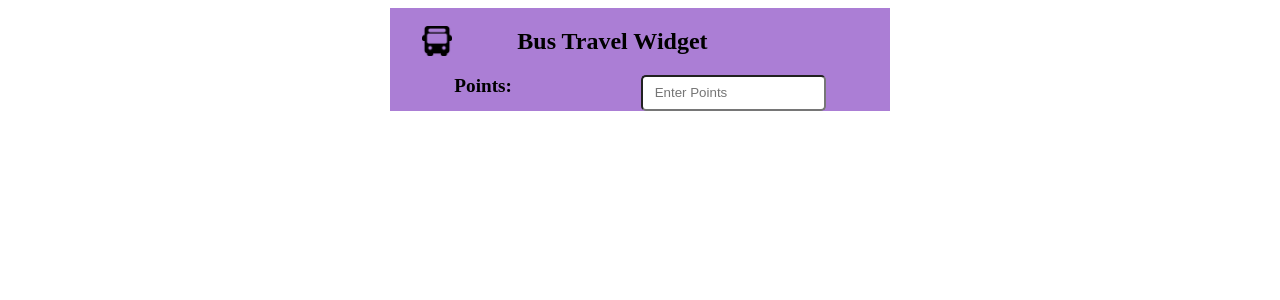
Repository: lasity34/bus_travel
Page: index.html
An editor plug-in stored every save of this project. The page is shown before and after the next save, followed by the edit.
The browser window is 1280 px wide. The pictures show the whole page.

Above is the page before, as saved 2023-05-31 09:50:23.

### index.html
<!DOCTYPE html>
<html lang="en">
<head>
    <meta charset="UTF-8">
    <meta http-equiv="X-UA-Compatible" content="IE=edge">
    <meta name="viewport" content="width=device-width, initial-scale=1.0">
    <link href="./style.css" rel="stylesheet" />
    <title>Bus travel</title>
</head>
<body>
    <div class="widget_container">


    <header>
        <img src="./images/bus.png" width="30" height="30"/>
        <h2>Bus Travel Widget</h2>
    </header>
    <div class="points_container">
        <label for="points">Points:</label>
        <input type="number" name="points" id="points" placeholder="Enter Points">
    </div>
    <script src="./bus_travel_factory.js"></script>
    <script src="./bus_travel.js"></script>
</div>
</body>
</html>

### style.css


.widget_container {
   margin: 0 auto;
   display: flex;
   flex-direction: column;
   justify-content: center;
    background-color: rgb(171, 126, 213);
    width: 70%;
    max-width: 500px;
    font-weight: bold;
}

header {
    display: flex;
    align-items: center;
    justify-content: space-around;
    width: 70%;
}

.points_container {
    display: flex;
    width: 100%;
    justify-content: space-around;
}

.points_container label {
    font-size: 1.2rem;
}

.points_container input {
    border-radius: 5px;
    height: 30px;
    text-indent: 10px;
}

Loaded but not shown: bus_travel.js (no copy from this time; the picture is the same without it); bus_travel_factory.js (no copy from this time; the picture is the same without it)

After the next save:
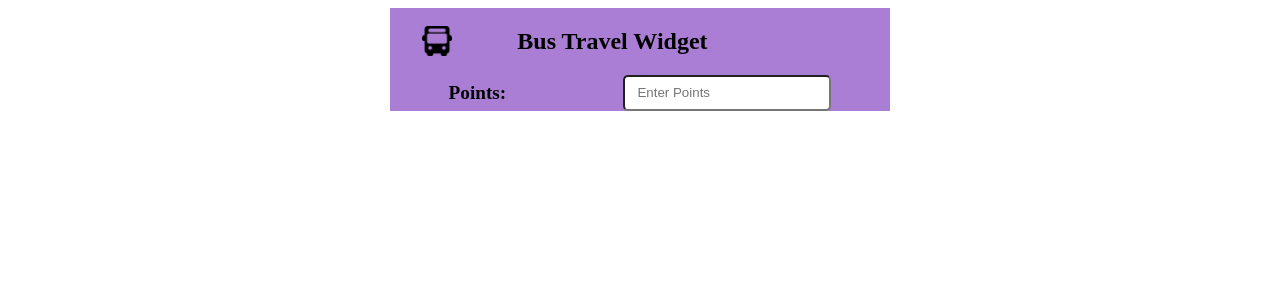
Saved 50 s later.
--- a/style.css
+++ b/style.css
@@ -22,6 +22,7 @@ header {
     display: flex;
     width: 100%;
     justify-content: space-around;
+    align-items: center;
 }
 
 .points_container label {
@@ -32,4 +33,5 @@ header {
     border-radius: 5px;
     height: 30px;
     text-indent: 10px;
+    width: 40%;
 }
